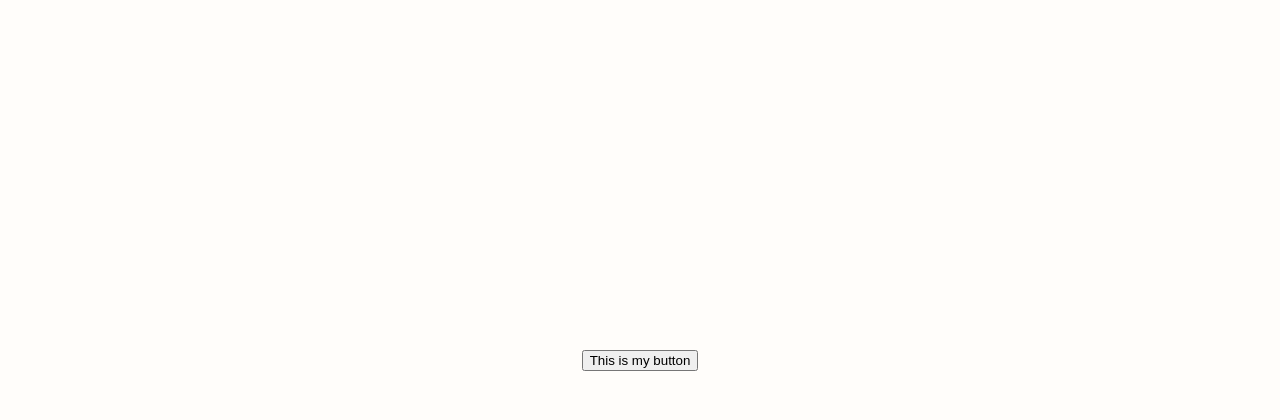
Repository: ZahirA1i/form-using-next
Page: /
The author's editor kept a copy of each file at every save. The page is drawn from the files as they stood at one save, then again after the next save.
The browser window is 1280 px wide. The pictures show the whole page.
The project was rebuilt for these pictures with package versions that can differ from the ones it lists, and the page was loaded fresh each time. The framework's server and built-in components were replaced by stand-ins that run in the browser. Also part of the build but not shown: next.config.js, styles/Home.module.css.

Above is the page before, as saved 2022-09-14 12:58:05.

After the next save:
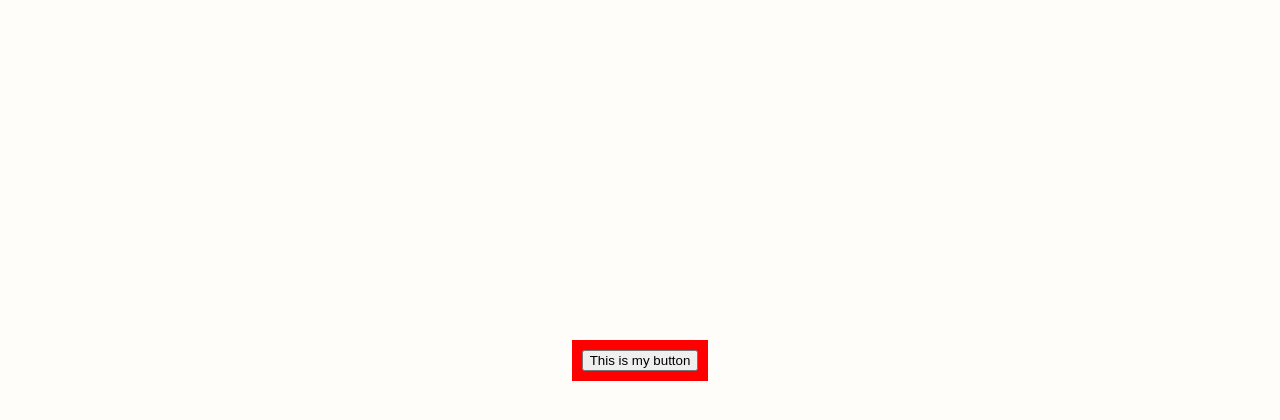
Saved 63 s later.
--- a/pages/index.js
+++ b/pages/index.js
@@ -8,7 +8,7 @@ import { FlexCont, Wrapper } from '../styles/globals'
 export default function Home() {
   return (
     <Wrapper>
-      <FlexCont>
+      <FlexCont color="red">
       <ButtonArea name="Zahir"/>
       </FlexCont>
 
